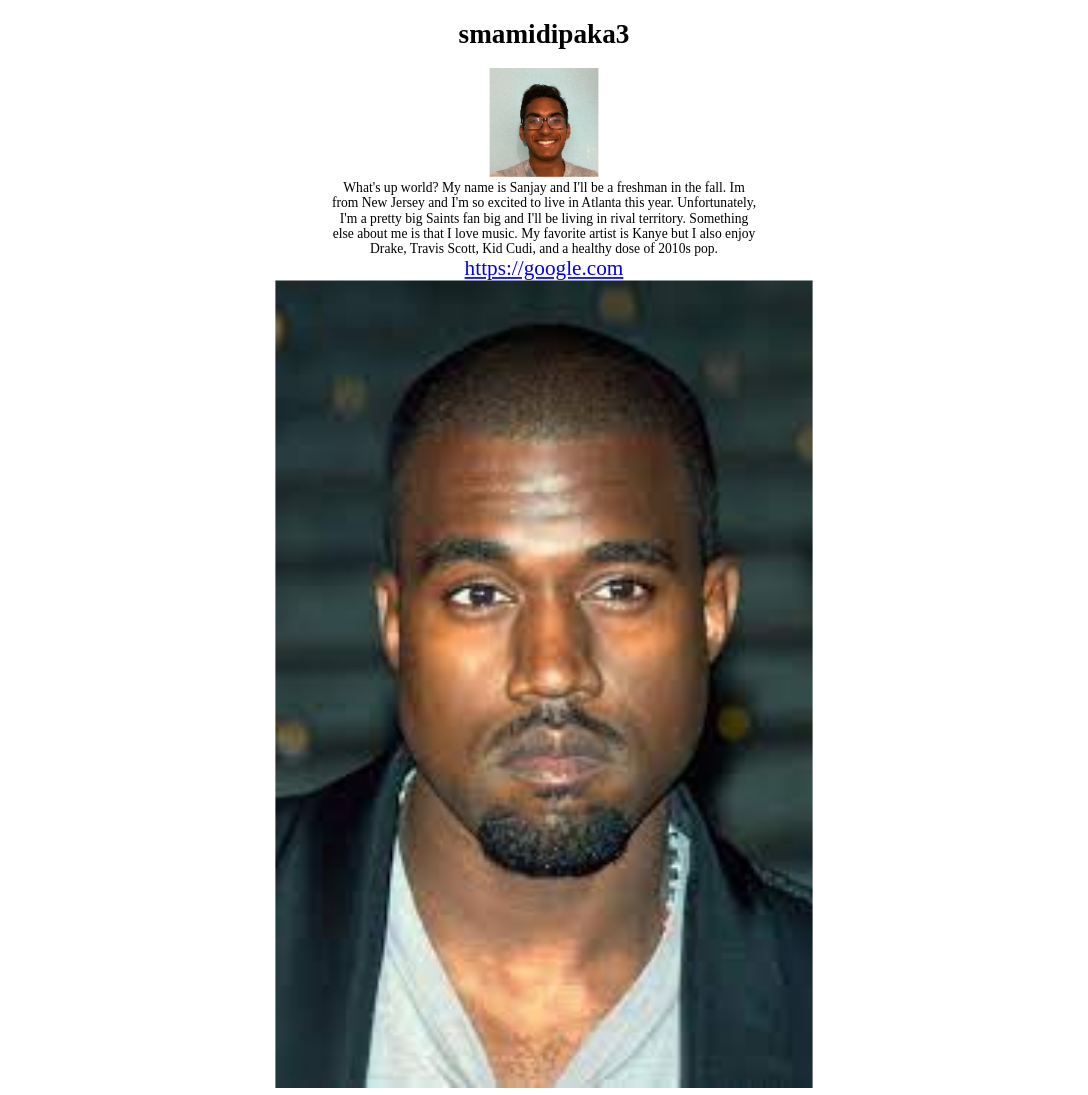
Repository: sanjayMamidipaka/cs1301
Page: lab01/index.html
These files come from the project's save history. The page is drawn as it stood at one moment and after the next save; the edit follows.
The browser window is 1280 px wide. The pictures show the whole page, at 85% of full size.

Above is the page before, as saved 2021-07-22 16:22:26.

After the next save:
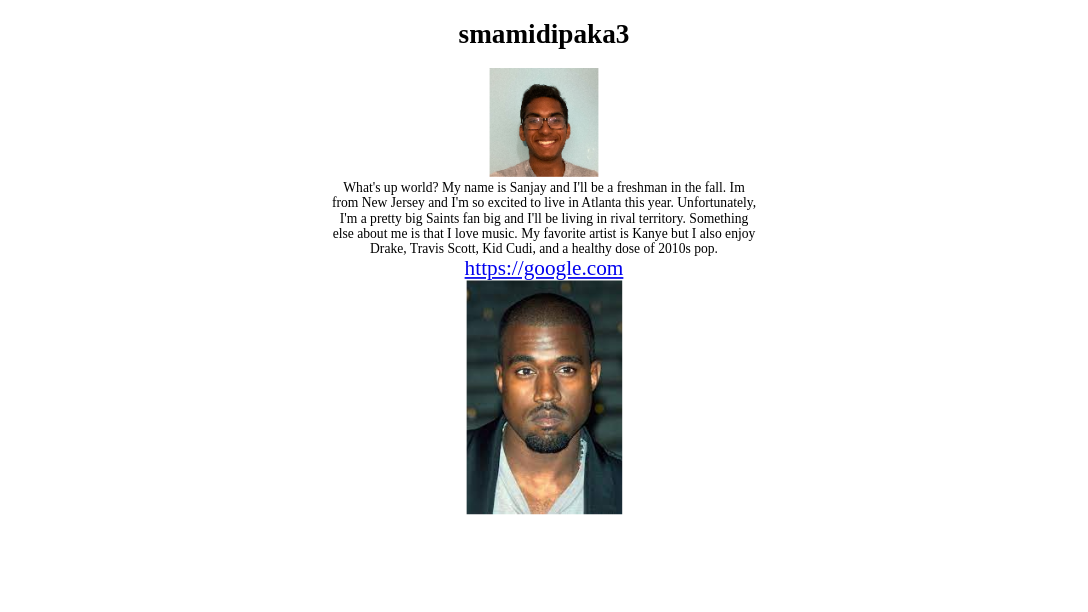
Saved 10 s later.
--- a/lab01/style.css
+++ b/lab01/style.css
@@ -16,5 +16,4 @@
     display: block;
     margin-left: auto;
     margin-right: auto;
-    width: 50%;
 }
